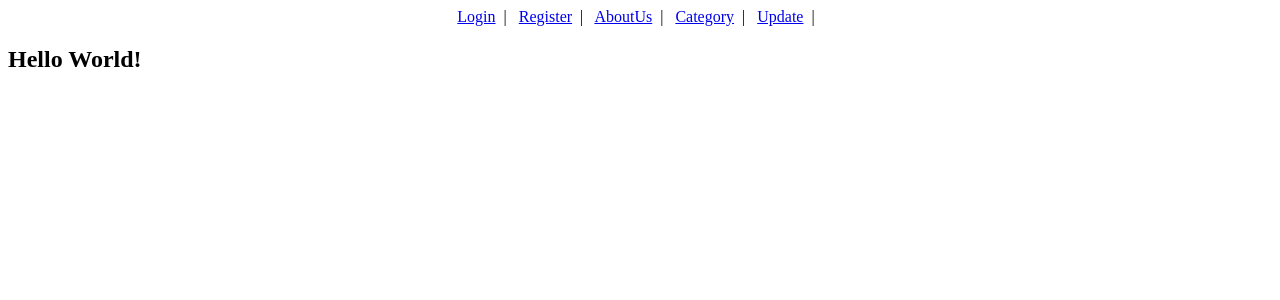
Repository: ramizkhan037/Java-Project
Page: http://localhost/Frontend/
An editor plug-in stored every save of this project. The page is shown before and after a run of saves, followed by the edit.
The browser window is 1280 px wide. The pictures show the whole page.
The page is served by Tomcat 9. Nobody is signed in. The application's start-up code is not run. Other server files are loaded and not shown.

Above is the page before, as saved 2018-11-29 09:09:32.

### Frontend/src/main/webapp/index.jsp
<%@include file="WEB-INF/views/Header.jsp" %>

<html>
<body>
<h2>Hello World!</h2>
</body>
</html>

### Frontend/src/main/webapp/WEB-INF/views/Header.jsp
<%@ page language="java" contentType="text/html"%>
<html>
<head>
<meta http-equiv="Content-Type" content="text/html; charset=ISO-8859-1">
<title>Insert title here</title>
</head>
<body>

<p align="center">
<a href="login">Login</a>&nbsp;&nbsp;|&nbsp;&nbsp;
<a href="register">Register</a>&nbsp;&nbsp;|&nbsp;&nbsp;
<a href="aboutus">AboutUs</a>&nbsp;&nbsp;|&nbsp;&nbsp;
<a href="category">Category</a>&nbsp;&nbsp;|&nbsp;&nbsp;
<a href="category">Update</a>&nbsp;&nbsp;|&nbsp;&nbsp;


</p>

</body>
</html>

After the next 2 saves:
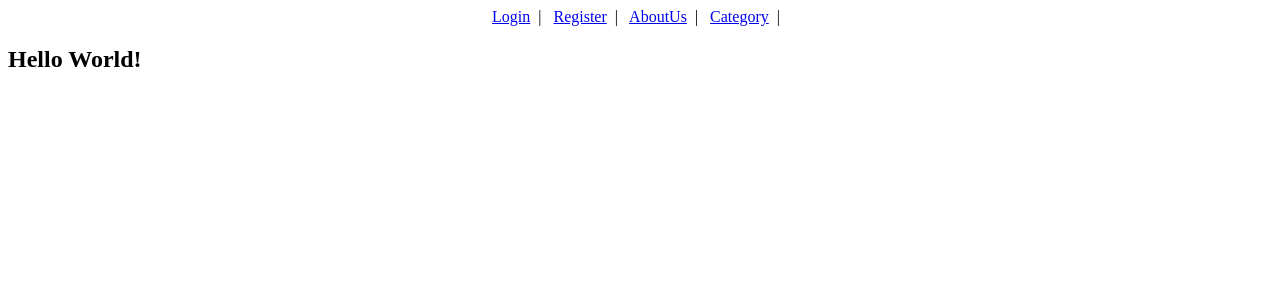
The 2 saves are shown as one change because 1 did not build or start.
The last was saved 2 min 46 s later.
--- a/Frontend/src/main/webapp/WEB-INF/views/Header.jsp
+++ b/Frontend/src/main/webapp/WEB-INF/views/Header.jsp
@@ -11,7 +11,6 @@
 <a href="register">Register</a>&nbsp;&nbsp;|&nbsp;&nbsp;
 <a href="aboutus">AboutUs</a>&nbsp;&nbsp;|&nbsp;&nbsp;
 <a href="category">Category</a>&nbsp;&nbsp;|&nbsp;&nbsp;
-<a href="category">Update</a>&nbsp;&nbsp;|&nbsp;&nbsp;
 
 
 </p>
